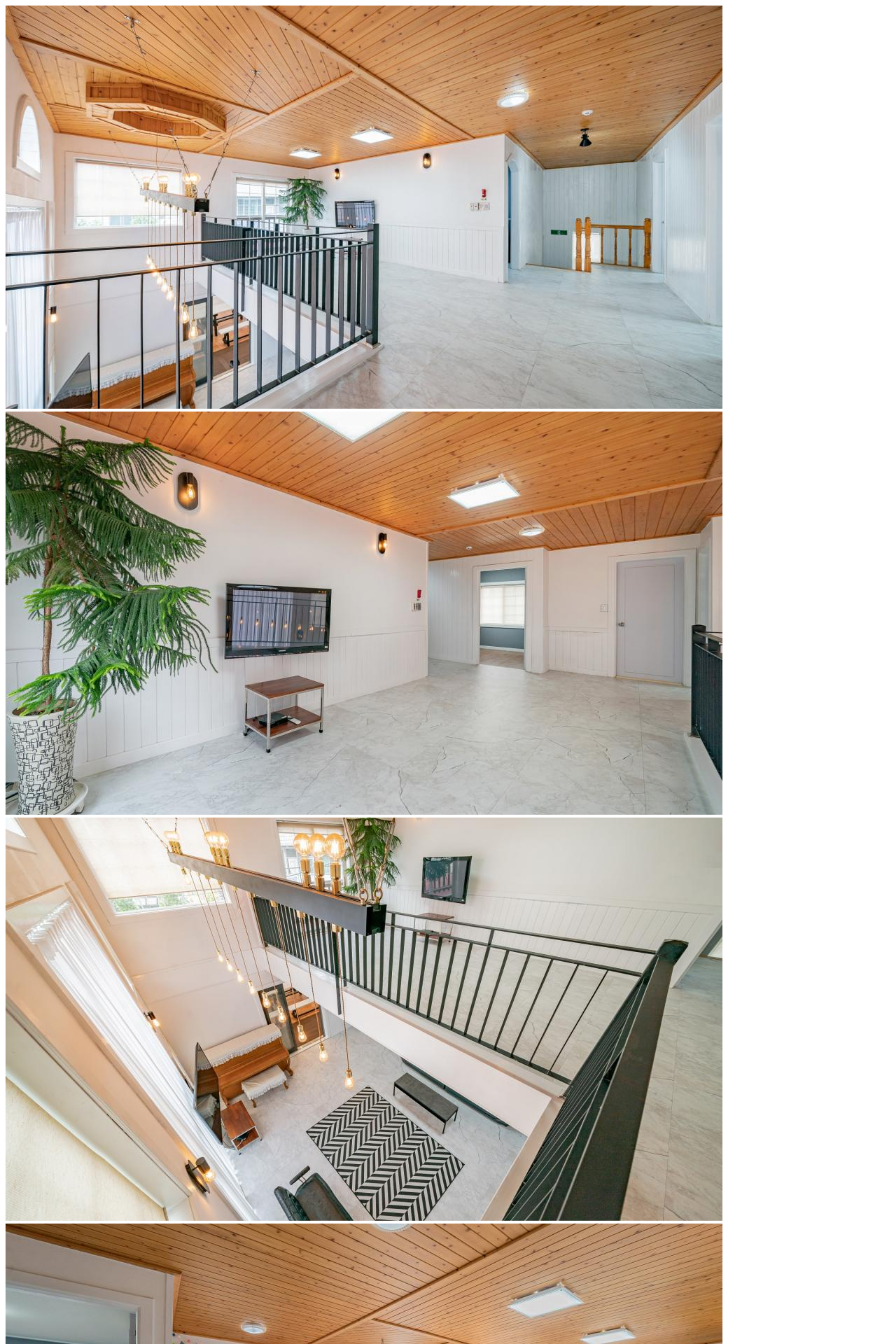
Repository: balsohn/adminshop
Page: http://localhost/jquery/0805/slide.jsp
These files come from the project's save history. The page is drawn as it stood at one moment and after the next save; the edit follows.
The browser window is 1280 px wide. The pictures show the part of the page from y = 0 to 1920 px (the page is 4076 px tall before and 720 px after), at 70% of full size.
The page is served by Tomcat 9.

Above is the page before, as saved 2024-08-23 03:48:47.

### work/jquery/src/main/webapp/0805/slide.jsp
<%@ page language="java" contentType="text/html; charset=UTF-8"
    pageEncoding="UTF-8"%>
<!DOCTYPE html>
<html>
<head>
<meta charset="UTF-8">
<title>Insert title here</title>
</head>
<body>
	<img src="1-1.jpg">
	<img src="1-2.jpg">
	<img src="1-3.jpg">
	<img src="1-4.jpg">
	<img src="1-5.jpg">
	<img src="1-6.jpg">
	<img src="1-7.jpg">

</body>
</html>

After the next save:
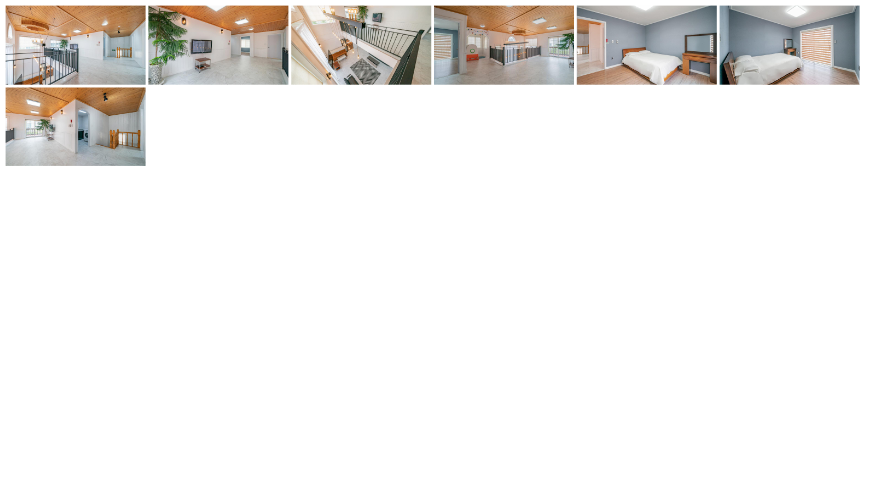
Saved 21 s later.
--- a/work/jquery/src/main/webapp/0805/slide.jsp
+++ b/work/jquery/src/main/webapp/0805/slide.jsp
@@ -5,6 +5,9 @@
 <head>
 <meta charset="UTF-8">
 <title>Insert title here</title>
+<style>
+	img {width:200px;}
+</style>
 </head>
 <body>
 	<img src="1-1.jpg">
